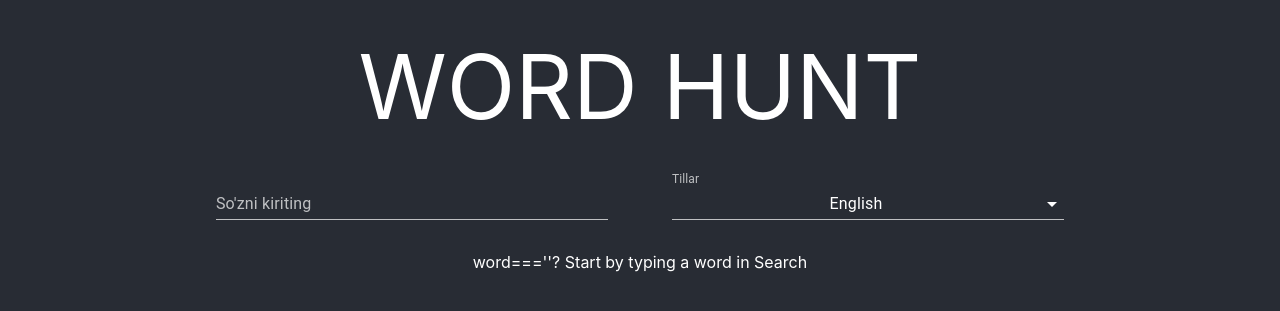
Repository: om1ars/react-translator
Page: /
The author's editor kept a copy of each file at every save. The page is drawn from the files as they stood at one save, then again after a run of saves.
The browser window is 1280 px wide. The pictures show the whole page.
The page's requests for data from a server got no answer. The project was rebuilt for these pictures with package versions that can differ from the ones it lists, and the page was loaded fresh each time. No one was signed in, and anything a server would have sent is missing. Also part of the build but not shown: src/components/Definitions.css.

Above is the page before, as saved 2021-10-07 15:24:33.

After the next 20 saves:
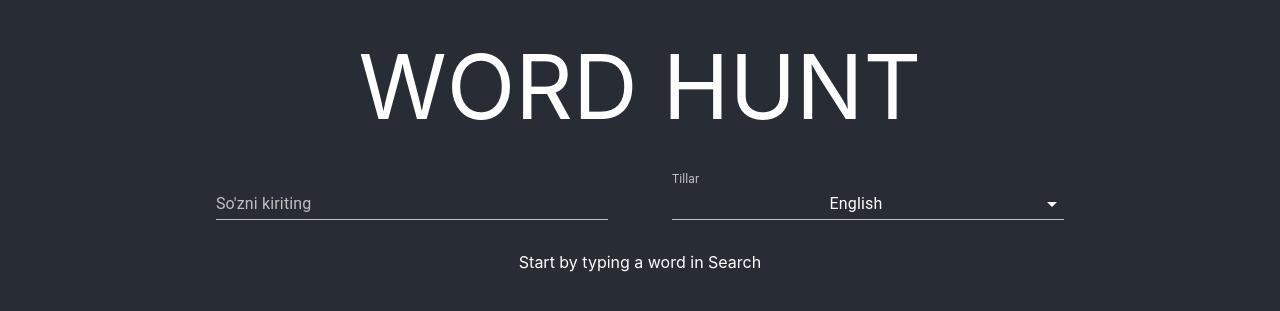
The 20 saves are shown as one change because they came seconds apart.
The last was saved 34 s later.
--- a/src/components/Definitions.js
+++ b/src/components/Definitions.js
@@ -1,10 +1,14 @@
-import React from 'react'
-import './Definitions.css'
+import React from "react";
+import "./Definitions.css";
 
-export const Definitions = ({word, category, meanings}) => {
-    return (
-        <div>
-            word===''? <span className='subtitle'>Start by typing a word in Search</span>
-        </div>
-    )
-}
+export const Definitions = ({ word, category, meanings }) => {
+  return (
+    <div className="meanings">
+      {word === "" ? (
+        <span className="subtitle">Start by typing a word in Search</span>
+      ) : (
+        <p></p>
+      )}
+    </div>
+  );
+};
